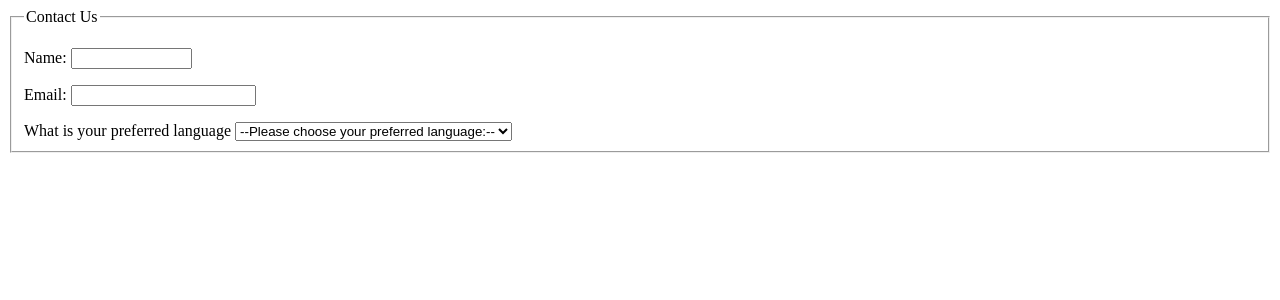
Repository: samuraijane/dc-builders
Page: week6/1-tuesday/homework/exercise2/index.html
An editor plug-in stored every save of this project. The page is shown before and after a run of saves, followed by the edit.
The browser window is 1280 px wide. The pictures show the whole page.

Above is the page before, as saved 2020-08-13 17:48:45.

### week6/1-tuesday/homework/exercise2/index.html
<!doctype html>

<html lang="en">
  <head>
    <meta charset="utf-8">
    <title>Week6 – Tuesday Homework Exercise 2</title>
    <meta name="description" content="Week6 – Tuesday Homework Exercise 2">
    <meta name="author" content="<yourNameGoesHere>">
    <link rel="stylesheet" href="style.css">
  </head>

  <body>
   <form>
    <fieldset>
      <legend>Contact Us</legend>
      <p>
        <label for="name"> Name: </label>
        <input type="text" id="name" name="name" required
                minlength="4" maxlength="10" size="12">
      </p>
      <p>
        <label for="email"> Email: </label>
        <input type="email" id="email" name="email" required>
      </p>
      <label for="language-select"> What is your preferred language </label>
      <select name="language" id="language-select">
        <option value="" disabled selected>--Please choose your preferred language:--</option>
        <option value="action">English</option>
        <option value="adventure">Spanish</option>
        <option value="comedy">French</option>

    </fieldset>
  </form>
    <script src="script.js"></script>
  </body>
</html>

Loaded but not shown: week6/1-tuesday/homework/exercise2/style.css (no copy from this time; the picture is the same without it); week6/1-tuesday/homework/exercise2/script.js (empty)

After the next 2 saves:
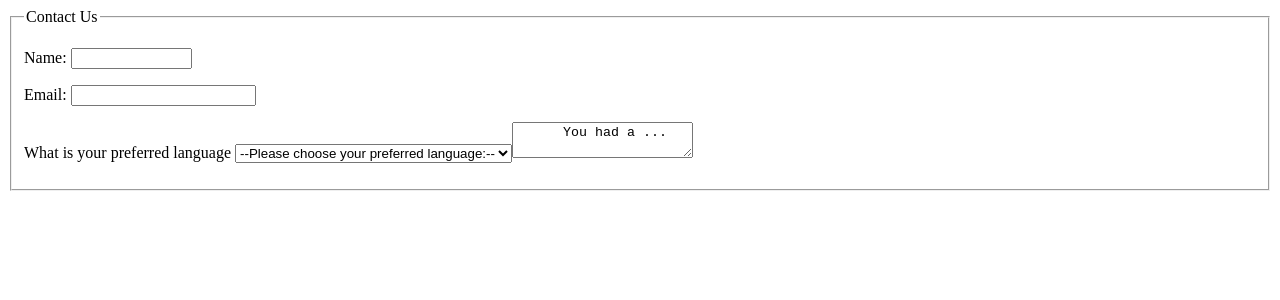
The 2 saves are shown as one change because they came seconds apart.
The last was saved 15 min 23 s later.
--- a/week6/1-tuesday/homework/exercise2/index.html
+++ b/week6/1-tuesday/homework/exercise2/index.html
@@ -28,6 +28,12 @@
         <option value="action">English</option>
         <option value="adventure">Spanish</option>
         <option value="comedy">French</option>
+        <label for="experience-input"> Tell us about your Experience! </label>
+        <p>
+          <textarea id="experience-input" name="experience">
+      You had a ...
+          </textarea>
+        </p>
 
     </fieldset>
   </form>
